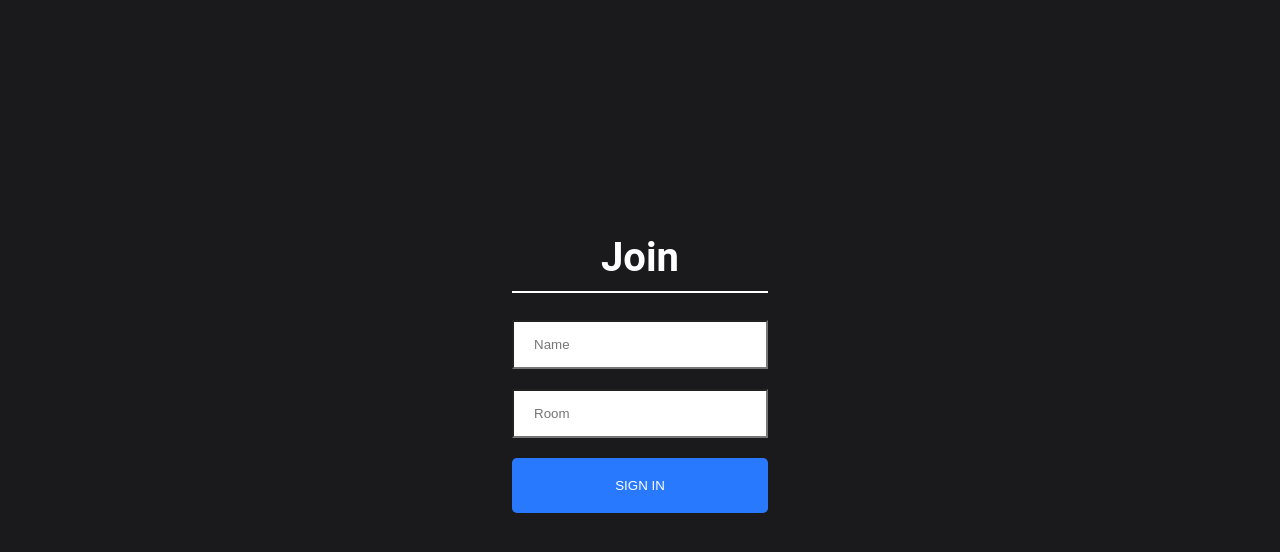
Repository: olawale7040/Luqman_Doodle_challenge
Page: /
An editor plug-in stored every save of this project. The page is shown before and after a run of saves, followed by the edit.
The browser window is 1280 px wide. The pictures show the whole page.
The project was rebuilt for these pictures with package versions that can differ from the ones it lists, and the page was loaded fresh each time.

Above is the page before, as saved 2021-11-27 10:03:17.

### src/App.js
import { useRoutes } from "react-router-dom";
import routes from "./routes";
const App = () => {
  const routing = useRoutes(routes);
  return <div>{routing}</div>;
};

export default App;

### src/routes/index.js
// import Chat from "./components/Chat/Chat";
import Join from "../views/Join/Join";

const routes = [
  {
    path: "/",
    element: <Join />,
  },
  //   {
  //     path: "/chat",
  //     element: <Chat />,
  //   },
];
export default routes;

### src/views/Join/Join.js
import React, { useState } from 'react';
import { Link } from "react-router-dom";

import './Join.css';

export default function SignIn() {
  const [name, setName] = useState('');
  const [room, setRoom] = useState('');

  return (
    <div className="joinOuterContainer">
      <div className="joinInnerContainer">
        <h1 className="heading">Join</h1>
        <div>
          <input placeholder="Name" className="joinInput" type="text" onChange={(event) => setName(event.target.value)} />
        </div>
        <div>
          <input placeholder="Room" className="joinInput mt-20" type="text" onChange={(event) => setRoom(event.target.value)} />
        </div>
        <Link onClick={e => (!name || !room) ? e.preventDefault() : null} to={`/chat?name=${name}&room=${room}`}>
          <button className={'button mt-20'} type="submit">Sign In</button>
        </Link>
      </div>
    </div>
  );
}

### src/views/Join/Join.css
html, body {
  font-family: 'Roboto', sans-serif;
  padding: 0;
  margin: 0;
}

#root {
  height: 100vh;
}

* {
  box-sizing: border-box;
}

.joinOuterContainer {
  display: flex;
  justify-content: center;
  text-align: center;
  height: 100vh;
  align-items: center;
  background-color: #1A1A1D;
}

.joinInnerContainer {
  width: 20%;
}

.joinInput {
  border-radius: 0;
  padding: 15px 20px;
  width: 100%;
}

.heading {
  color: white;
  font-size: 2.5em;
  padding-bottom: 10px;
  border-bottom: 2px solid white;
}

.button {
    color: #fff !important;
    text-transform: uppercase;
    text-decoration: none;
    background: #2979FF;
    padding: 20px;
    border-radius: 5px;
    display: inline-block;
    border: none;
    width: 100%;
}

.mt-20 {
  margin-top: 20px;
}

@media (min-width: 320px) and (max-width: 480px) {
  .joinOuterContainer {
    height: 100%;
  }

  .joinInnerContainer {
    width: 90%;
  }


}

button:focus {
  outline: 0;
}

Loaded but not shown: public/index.html (common file); src/index.js (common file)

After the next 2 saves:
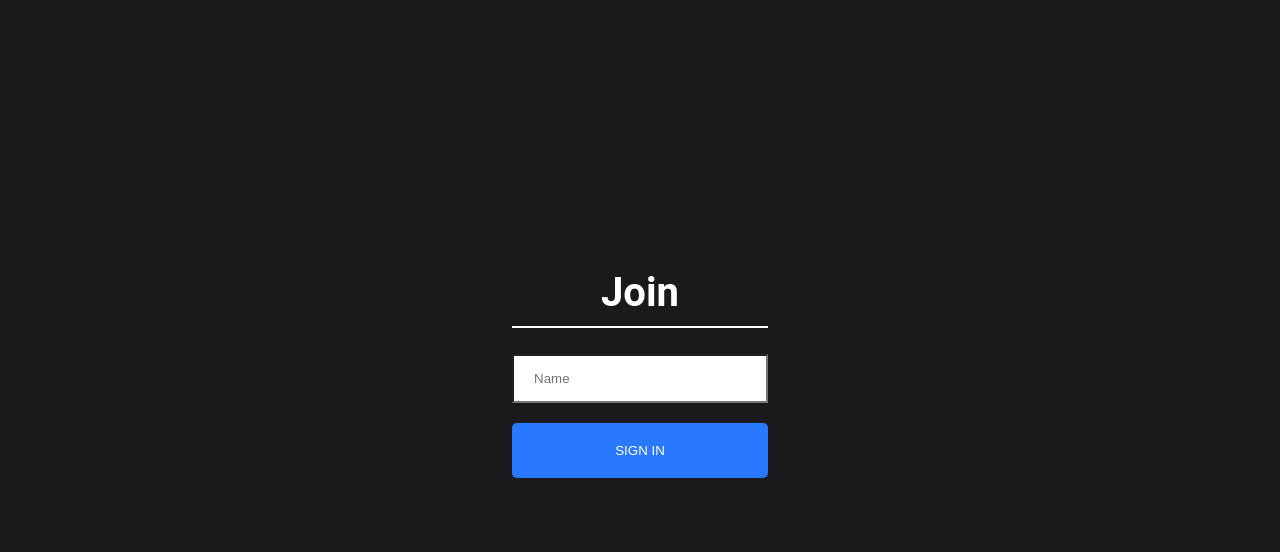
The 2 saves are shown as one change because 1 did not build or start.
The last was saved 94 s later.
--- a/src/views/Join/Join.js
+++ b/src/views/Join/Join.js
@@ -1,24 +1,30 @@
-import React, { useState } from 'react';
+import React, { useState } from "react";
 import { Link } from "react-router-dom";
 
-import './Join.css';
+import "./Join.css";
 
 export default function SignIn() {
-  const [name, setName] = useState('');
-  const [room, setRoom] = useState('');
+  const [name, setName] = useState("");
 
   return (
     <div className="joinOuterContainer">
       <div className="joinInnerContainer">
         <h1 className="heading">Join</h1>
         <div>
-          <input placeholder="Name" className="joinInput" type="text" onChange={(event) => setName(event.target.value)} />
+          <input
+            placeholder="Name"
+            className="joinInput"
+            type="text"
+            onChange={(event) => setName(event.target.value)}
+          />
         </div>
-        <div>
-          <input placeholder="Room" className="joinInput mt-20" type="text" onChange={(event) => setRoom(event.target.value)} />
-        </div>
-        <Link onClick={e => (!name || !room) ? e.preventDefault() : null} to={`/chat?name=${name}&room=${room}`}>
-          <button className={'button mt-20'} type="submit">Sign In</button>
+        <Link
+          onClick={(e) => (!name ? e.preventDefault() : null)}
+          to={`/chat?name=${name}`}
+        >
+          <button className={"button mt-20"} type="submit">
+            Sign In
+          </button>
         </Link>
       </div>
     </div>
